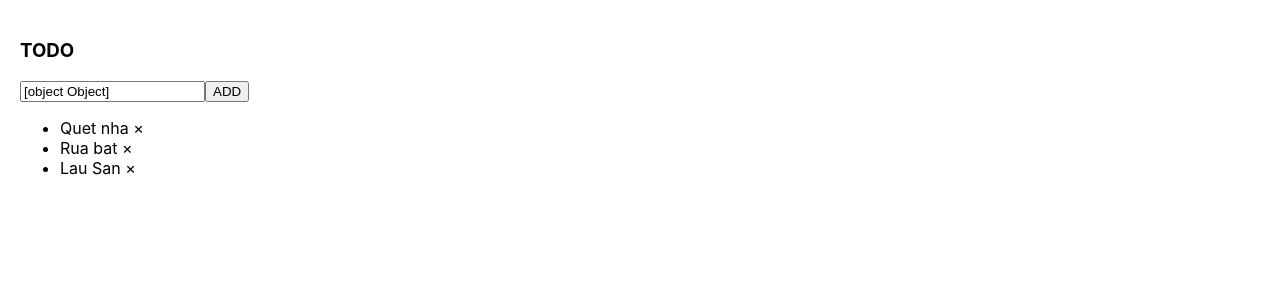
Repository: ducthanglinh/tiktok-clone
Page: /
These files come from the project's save history. The page is drawn as it stood at one moment and after a run of saves; the edit follows.
The browser window is 1280 px wide. The pictures show the whole page.
The project was rebuilt for these pictures with package versions that can differ from the ones it lists, and the page was loaded fresh each time. Also part of the build but not shown: src/Content.js.

Above is the page before, as saved 2022-09-30 14:09:53.

After the next 2 saves:
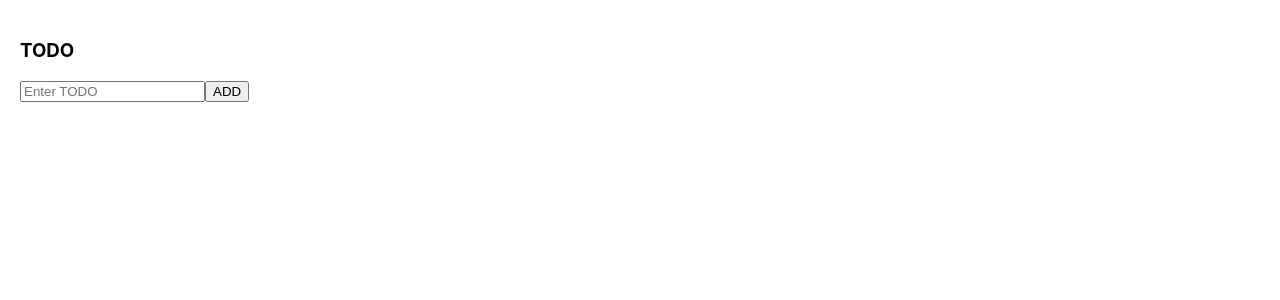
The 2 saves are shown as one change because 1 did not build or start.
The last was saved 119 s later.
--- a/src/App.js
+++ b/src/App.js
@@ -40,7 +40,8 @@ const reducer = (state, action) => {
   }
 };
 function App() {
-  const [job, dispatch] = useReducer(reducer, initState);
+  const [state, dispatch] = useReducer(reducer, initState);
+  const { job, jobs } = state;
   return (
     <div style={{ padding: 20 }}>
       <h3>TODO</h3>
@@ -53,9 +54,12 @@ function App() {
       ></input>
       <button>ADD</button>
       <ul>
-        <li>Quet nha &times;</li>
-        <li>Rua bat &times;</li>
-        <li>Lau San &times;</li>
+        {jobs.map((job, index) => (
+          <li key={index}>
+            {job}
+            <span>&times;</span>
+          </li>
+        ))}
       </ul>
     </div>
   );
